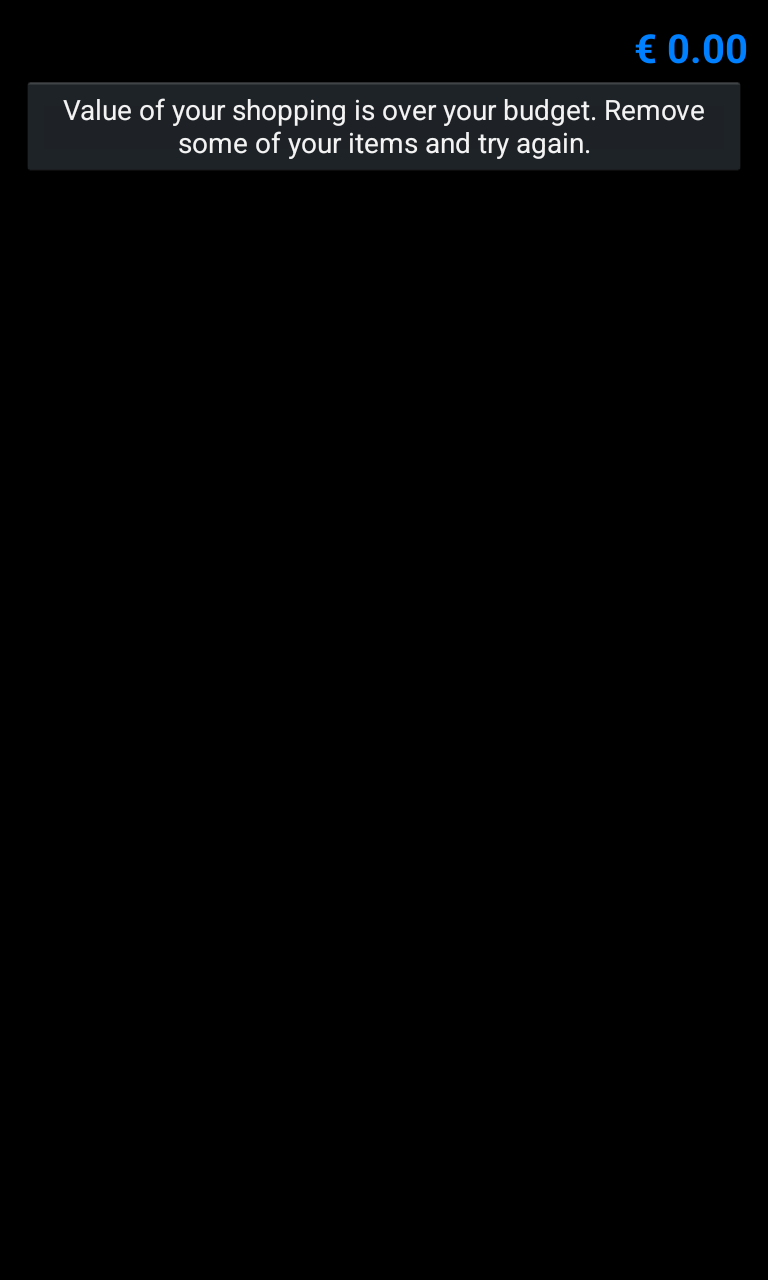
Repository: Adammdit/DT2283GUI
Layout: GunSmoke/res/layout/activity_main.xml
An editor plug-in stored every save of this project. The layout is shown before and after the next save, followed by the edit.
It is drawn on a 768 x 1280 px phone screen (xhdpi) without system bars, with theme android:Theme.Holo; the app's code is not run. Lists and similar views that code fills are empty.

Above is the layout before, as saved 2014-11-08 12:14:43.

### GunSmoke/res/layout/activity_main.xml
<LinearLayout xmlns:android="http://schemas.android.com/apk/res/android"
    xmlns:tools="http://schemas.android.com/tools"
    android:id="@+id/LinearLayout1"
    android:layout_width="match_parent"
    android:layout_height="match_parent"
    android:paddingBottom="10dp"
    android:paddingLeft="10dp"
    android:paddingRight="10dp"
    android:paddingTop="10dp"
    android:orientation="vertical"
    tools:context=".MainActivity" >

    <TextView
        android:id="@+id/cartTotal"
        android:layout_width="match_parent"
  		android:layout_height="wrap_content"
  		android:gravity="right"
        android:textSize="20sp"
  		android:text="€ 0.00"
  		android:textColor="@color/total"
  		android:textStyle="bold" />

    <Button
        android:id="@+id/checkout"
        style="?android:attr/buttonStyleSmall"
        android:layout_width="fill_parent"
        android:layout_height="wrap_content"
        android:text="@string/overBudget" />

    <ExpandableListView
        android:id="@+id/listView"
        android:layout_width="match_parent"
        android:layout_height="wrap_content" >
    </ExpandableListView>



</LinearLayout>

### GunSmoke/res/values/colors.xml
<?xml version="1.0" encoding="utf-8"?>
<resources>
	<color name="khaki">#663300</color>
	<color name="price">#E5FFCC</color>
	<color name="name">#CC6600</color>
	<color name="total">#0080FF</color>
</resources>

### GunSmoke/res/values/strings.xml
<?xml version="1.0" encoding="utf-8"?>
<resources>

    <string name="app_name">GunSmoke</string>
    <string name="title">Details form:</string>
    <string name="mainLabel">Main list</string>
    <string name="nameLabel">NAME : </string>
    <string name="ageLabel">AGE : </string>
    <string name="emailLabel">EMAIL : </string>
    <string name="budgetLabel">BUDGET : </string>
    <string name="female">Female</string>
    <string name="male">Male</string>
    <string name="buttonLabel">Continue</string>
    <string name="title_activity_splash_screen">SplashScreen</string>
    <string name="splash_info">All products prices excluding vat 21%!</string>
    <string name="title_activity_details_form">DetailsForm</string>
    <string name="overBudget">Value of your shopping is over your budget.
        Remove some of your items and try again.</string>


    <!-- List of job titles -->
    <string-array name="jobTitles">
        <item>Select job title</item>
        <item>iPhone</item>
        <item>WindowsMobile</item>
        <item>Blackberry</item>
        <item>WebOS</item>
        <item>Ubuntu</item>
        <item>Windows7</item>
        <item>Max OS X</item>
        <item>Linux</item>
        <item>OS/2</item>
    </string-array>
    <!-- Melee weapones -->
    <string-array name="melee">
        <item>Knife</item>
        <item>Machete</item>
        <item>Maltador</item>
        <item>Galstead</item>
        <item>Throwing knife</item>
        <item>Ubuntu</item>
        <item>Windows7</item>
        <item>Max OS X</item>
        <item>Linux</item>
        <item>OS/2</item>
    </string-array>

</resources>

After the next save:
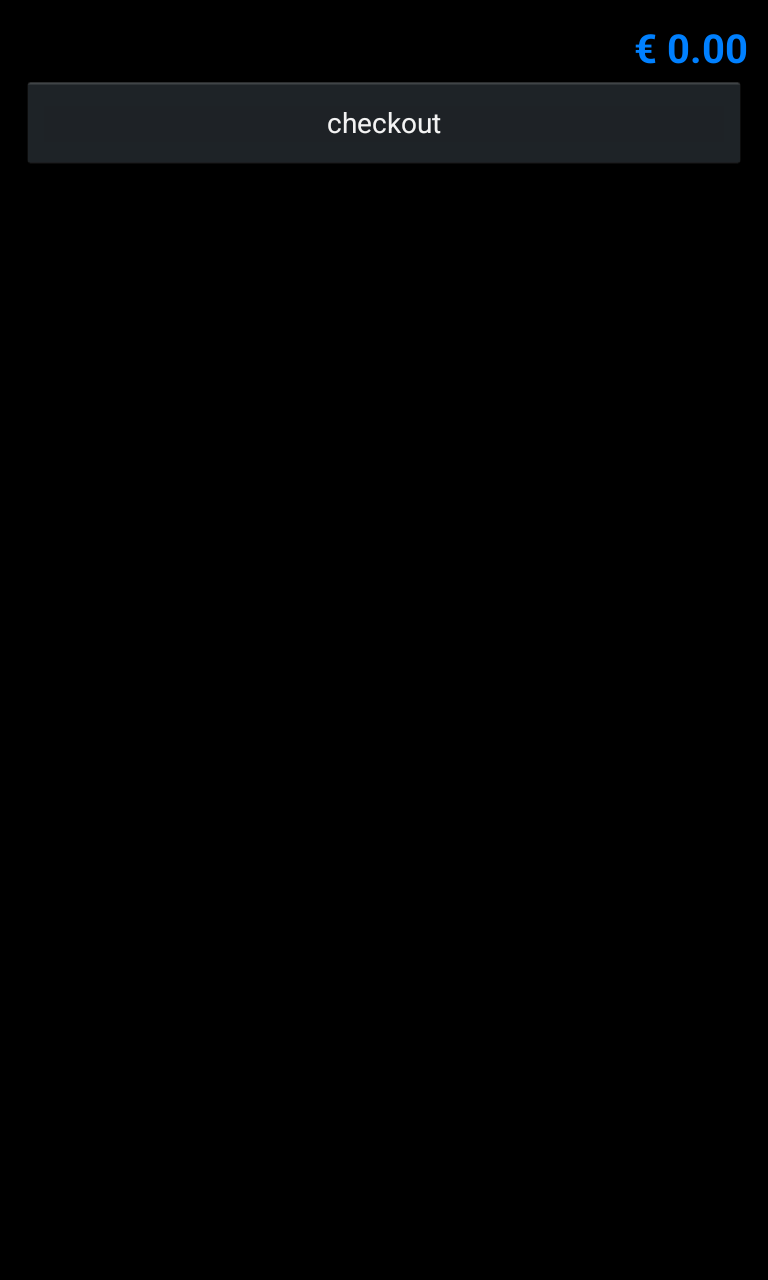
Saved 98 s later.
--- a/GunSmoke/res/layout/activity_main.xml
+++ b/GunSmoke/res/layout/activity_main.xml
@@ -25,7 +25,7 @@
         style="?android:attr/buttonStyleSmall"
         android:layout_width="fill_parent"
         android:layout_height="wrap_content"
-        android:text="@string/overBudget" />
+        android:text="checkout" />
 
     <ExpandableListView
         android:id="@+id/listView"
--- a/GunSmoke/res/values/strings.xml
+++ b/GunSmoke/res/values/strings.xml
@@ -14,8 +14,6 @@
     <string name="title_activity_splash_screen">SplashScreen</string>
     <string name="splash_info">All products prices excluding vat 21%!</string>
     <string name="title_activity_details_form">DetailsForm</string>
-    <string name="overBudget">Value of your shopping is over your budget.
-        Remove some of your items and try again.</string>
 
 
     <!-- List of job titles -->
